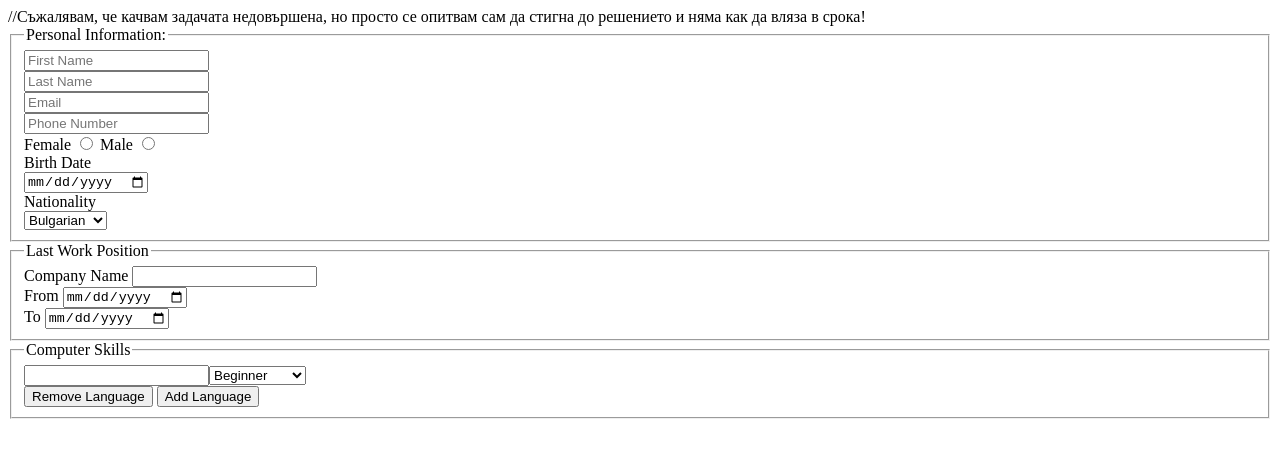
Repository: zhanivanov/PHP_Basics_Course_Homework
Page: http://localhost/5.CVGenerator/CVGenerator.php
An editor plug-in stored every save of this project. The page is shown before and after the next save, followed by the edit.
The browser window is 1280 px wide. The pictures show the whole page.
The page is run by PHP 8.4 with error messages shown; the project is at /var/www/html/.

Above is the page before, as saved 2014-08-20 20:29:07.

After the next save:
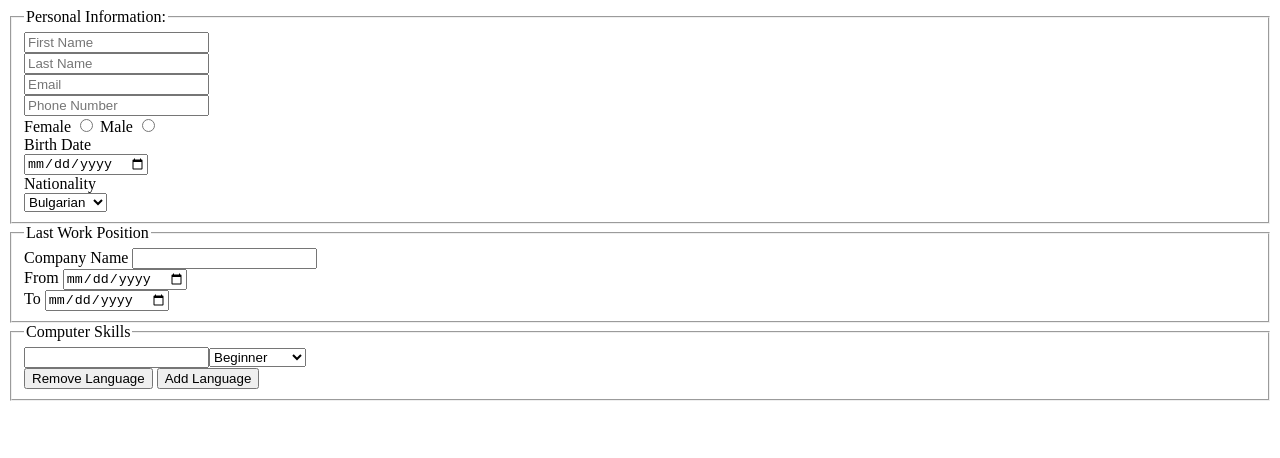
Saved 17 h 54 min later.
--- a/PHP_Working_With_Forms/5.CVGenerator/CVGenerator.php
+++ b/PHP_Working_With_Forms/5.CVGenerator/CVGenerator.php
@@ -1,4 +1,3 @@
-//Съжалявам, че качвам задачата недовършена, но просто се опитвам сам да стигна до решението и няма как да вляза в срока!
 <!DOCTYPE html>
 <html>
     <head>
